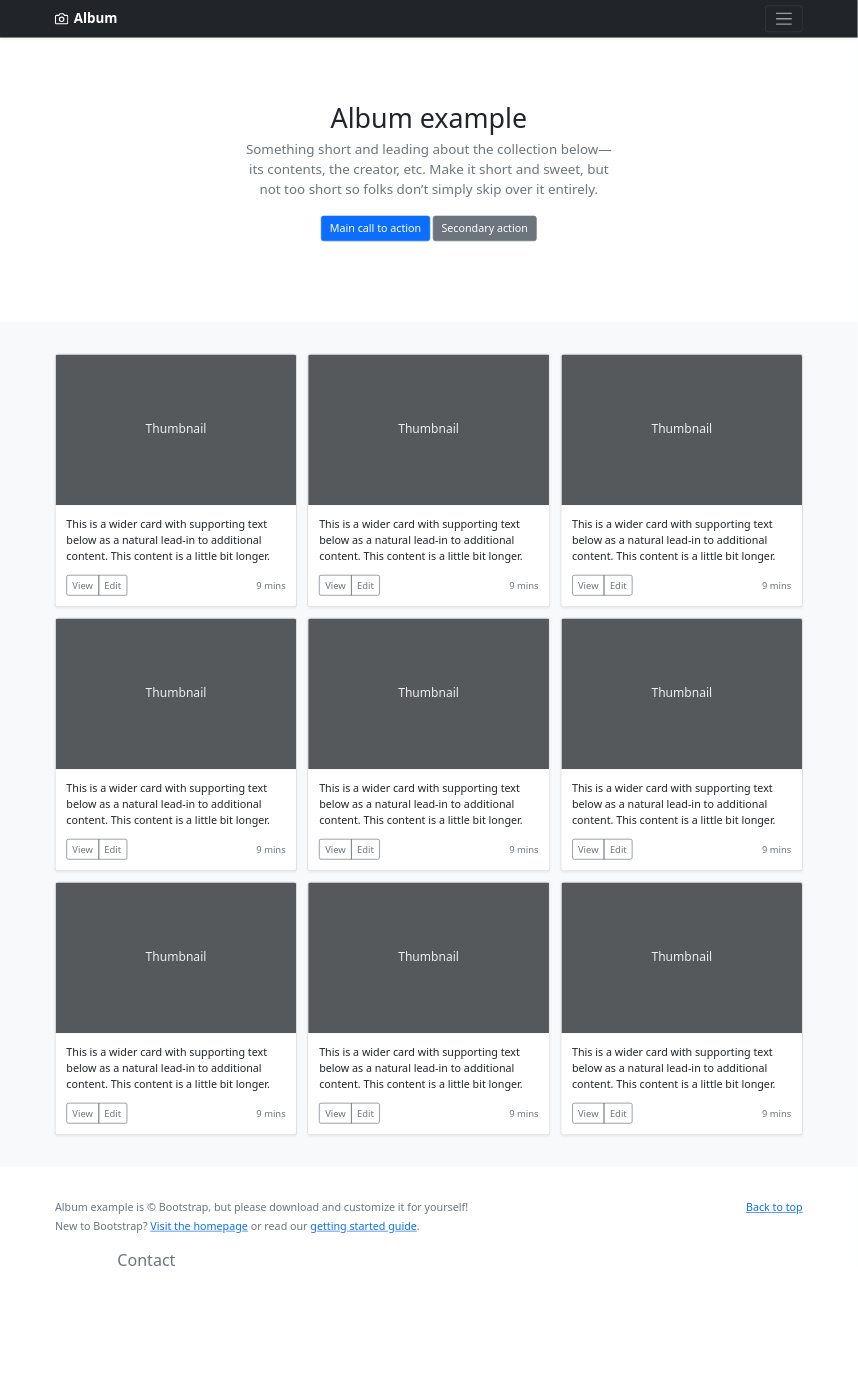
Repository: harshi93/pythonProjects
Page: http://localhost/jobs
An editor plug-in stored every save of this project. The page is shown before and after the next save, followed by the edit.
The browser window is 1280 px wide. The pictures show the whole page, at 67% of full size.
The page is served by the project's application, run on Django 3.2 (manage.py).

Above is the page before, as saved 2021-07-29 03:11:51.

After the next save:
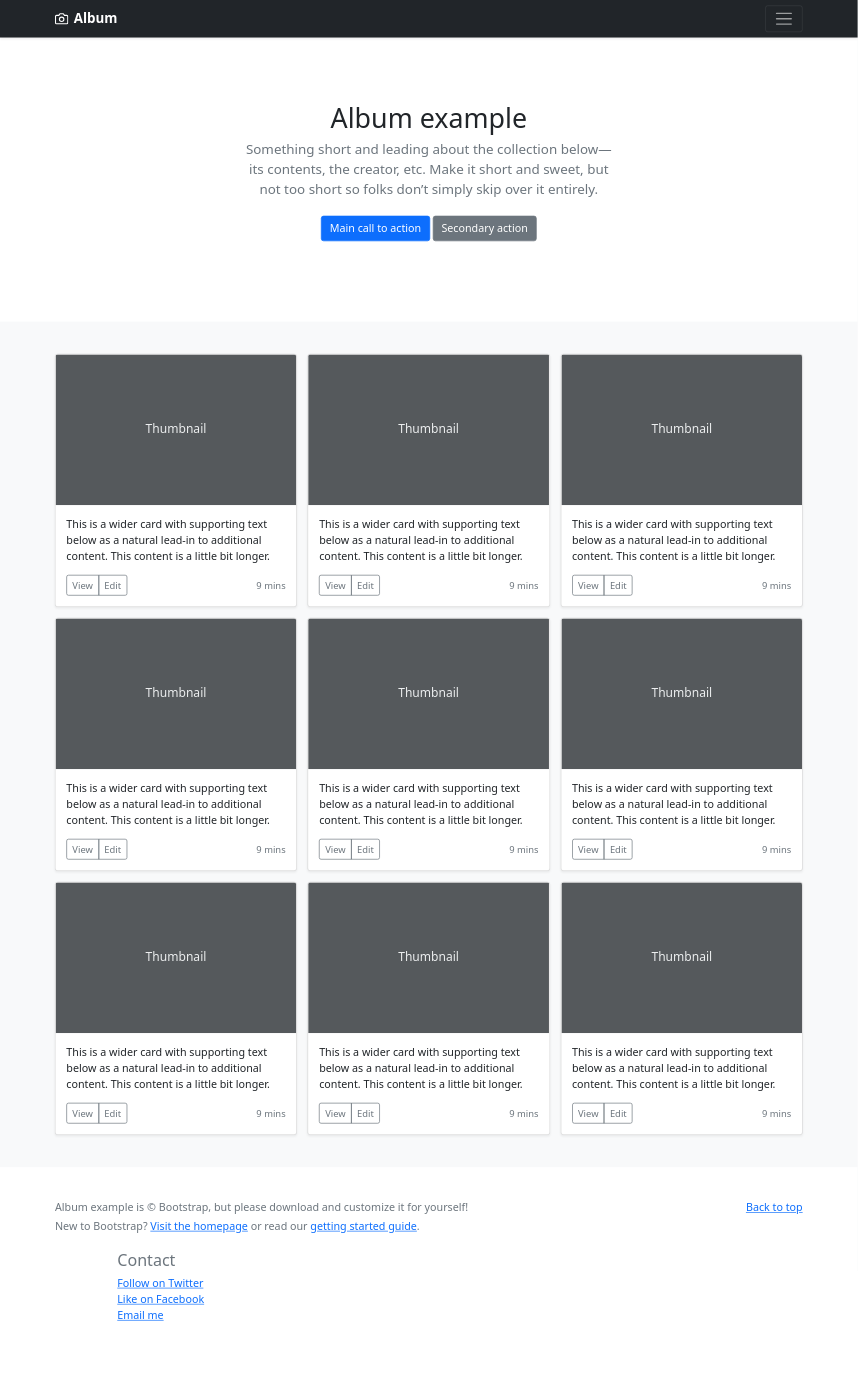
Saved 18 s later.
--- a/portfolio/jobs/templates/experience/exp.html
+++ b/portfolio/jobs/templates/experience/exp.html
@@ -250,9 +250,9 @@
     <div class="col-sm-4 offset-md-1 py-4">
         <h4 class="text-black">Contact</h4>
         <ul class="list-unstyled">
-          <li><a href="#" class="text-white">Follow on Twitter</a></li>
-          <li><a href="#" class="text-white">Like on Facebook</a></li>
-          <li><a href="#" class="text-white">Email me</a></li>
+          <li><a href="#" class="text-black">Follow on Twitter</a></li>
+          <li><a href="#" class="text-black">Like on Facebook</a></li>
+          <li><a href="#" class="text-black">Email me</a></li>
         </ul>
       </div>
   </div>
